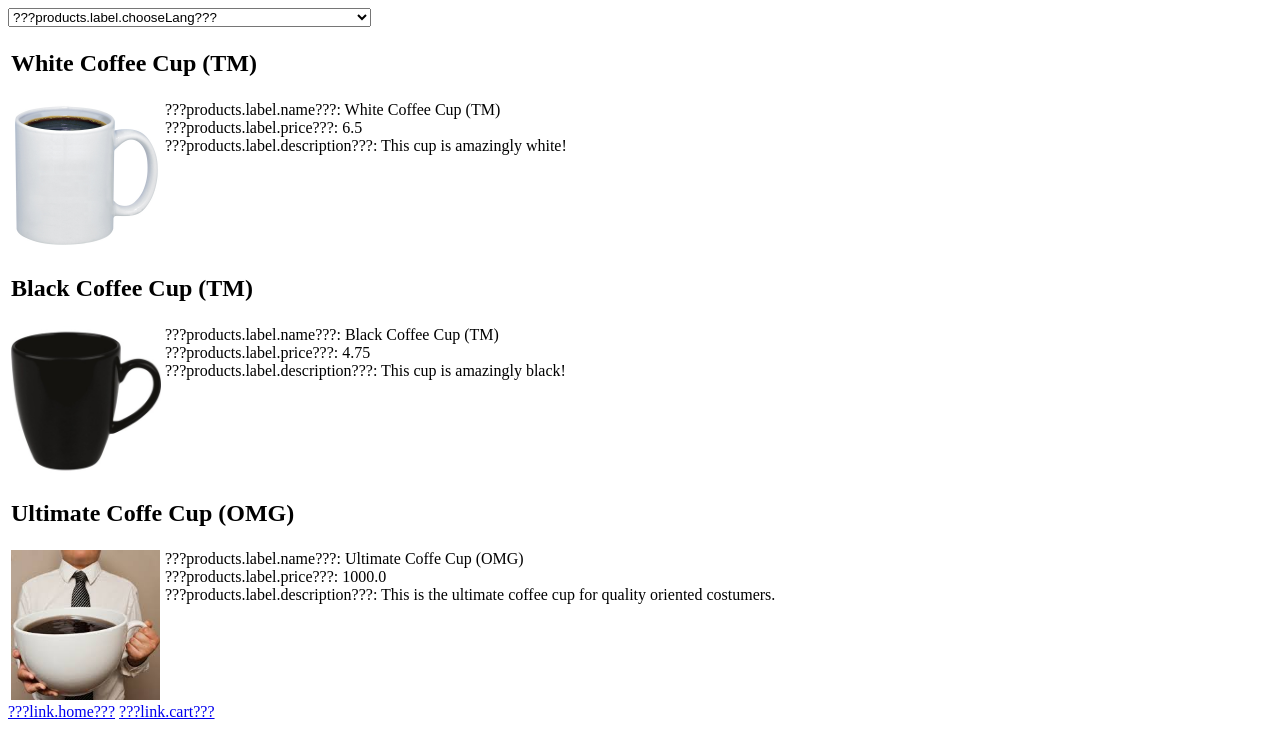
Repository: superdids/DAT152
Page: http://localhost/Oblig3/products
The author's editor kept a copy of each file at every save. The page is drawn from the files as they stood at one save, then again after a run of saves.
The browser window is 1280 px wide. The pictures show the whole page.
The page is served by Tomcat 9.

Above is the page before, as saved 2015-10-22 21:43:53.

After the next 2 saves:
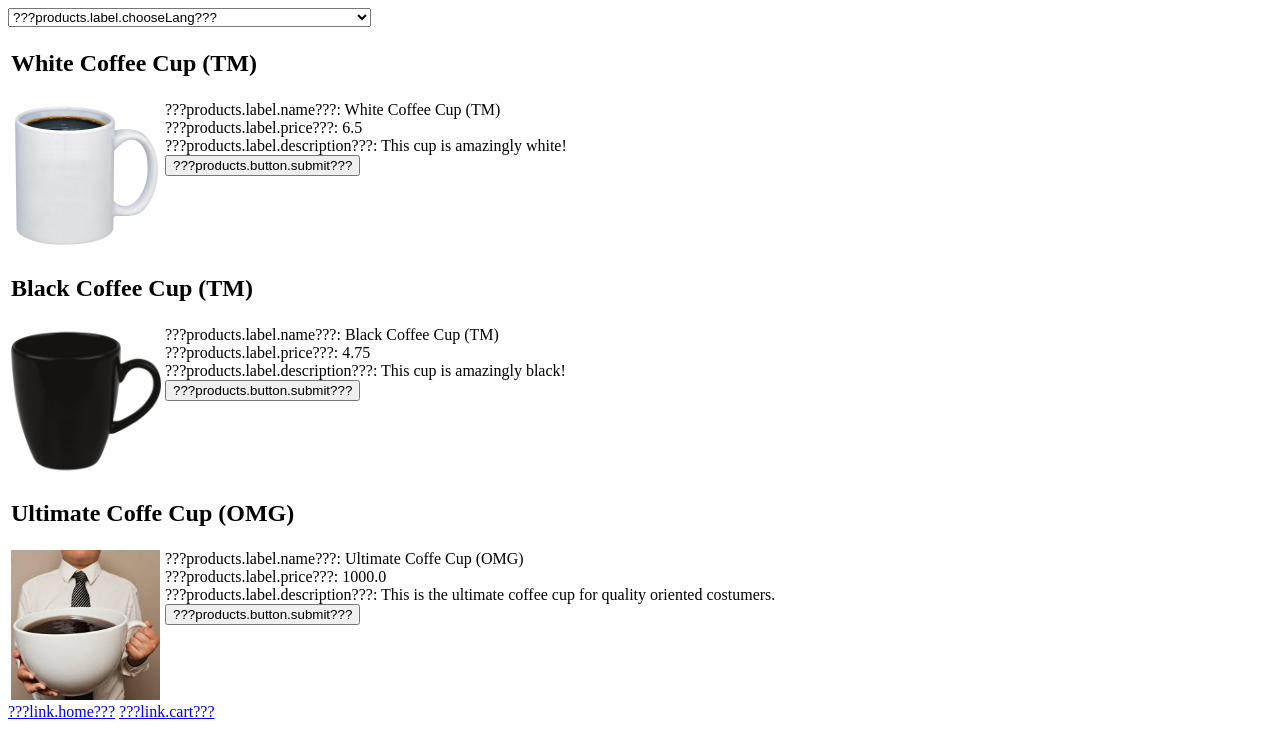
The 2 saves are shown as one change because they came seconds apart.
The last was saved 27 s later.
--- a/Oblig3/WebContent/products.jsp
+++ b/Oblig3/WebContent/products.jsp
@@ -48,6 +48,7 @@
 		<label for="description"><fmt:message key="products.label.description" /></label>: ${description.text} <br/>
 		<form action="products" method="POST">
 			<fmt:message key="products.button.submit" var="buttonValue" />
+			<input type="submit" value="${buttonValue}" />
 		</form>
 		</td>
 </tr>
